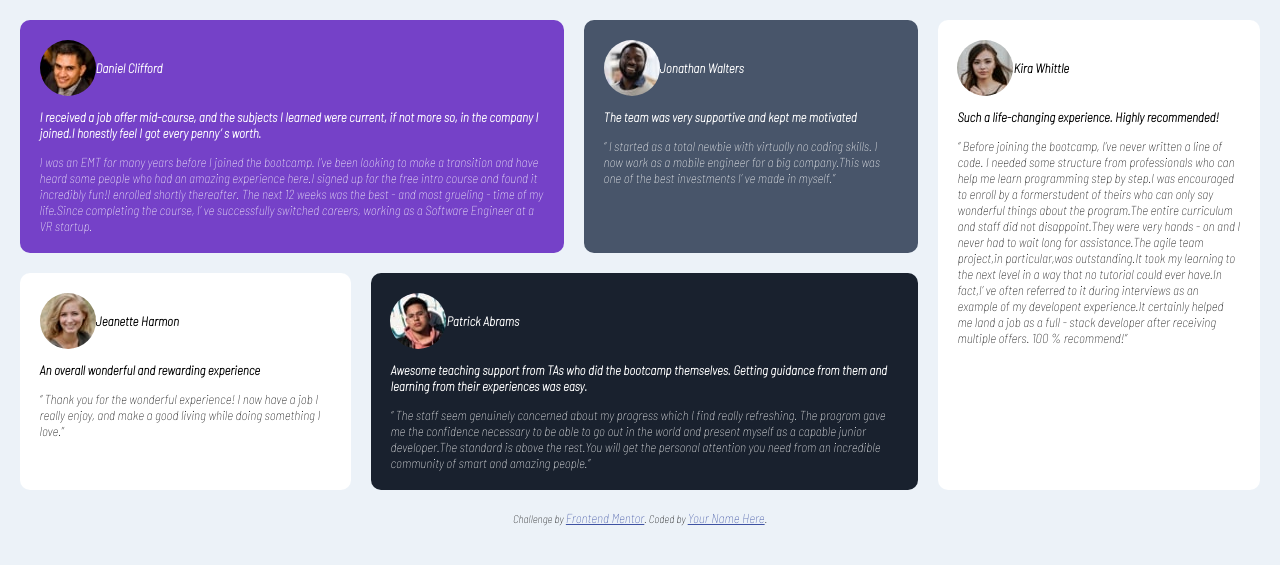
Repository: ibtihelbs/testimonials-grid-section-main
Page: index.html
These files come from the project's save history. The page is drawn as it stood at one moment and after a run of saves; the edit follows.
The browser window is 1280 px wide. The pictures show the whole page.

Above is the page before, as saved 2022-04-13 17:07:37.

### index.html
<!DOCTYPE html>
<html lang="en">
<head>
  <meta charset="UTF-8">
  <meta name="viewport" content="width=device-width, initial-scale=1.0"> <!-- displays site properly based on user's device -->
  <link rel="stylesheet" href="style.css">
  <link rel="icon" type="image/png" sizes="32x32" href="./images/favicon-32x32.png">

  <title>Frontend Mentor | [Challenge Name Here]</title>

  <!-- Feel free to remove these styles or customise in your own stylesheet 👍 -->
  <style>
    .attribution { font-size: 11px; text-align: center; }
    .attribution a { color: hsl(228, 45%, 44%); }
  </style>
</head>
<body>
  <main>

  </main>
  <div class="attribution">
    Challenge by <a href="https://www.frontendmentor.io?ref=challenge" target="_blank">Frontend Mentor</a>.
    Coded by <a href="#">Your Name Here</a>.
  </div>
  <script src="app.js"></script>
</body>
</html>

### style.css
@import url("https://fonts.googleapis.com/css2?family=Barlow+Semi+Condensed:ital,wght@1,100&display=swap");

:root {
  /*### Primary*/

  --Moderate-violet: hsl(263, 55%, 52%);
  --Grayish-blue: hsl(217, 19%, 35%);
  --Blackish-blue: hsl(219, 29%, 14%);
  --White: hsl(0, 0%, 100%);

  /*### Neutral*/

  --Light-gray: hsl(0, 0%, 81%);
  --Light-grayish-blue: hsl(210, 46%, 95%);
}

* {
  padding: 0;
  margin: 0;
  font-size: 13px;
  font-family: "Barlow Semi Condensed";
  box-sizing: border-box;
}
body {
  background-color: var(--Light-grayish-blue);
}
main {

  display: flex;
  flex-wrap: wrap;
  gap: 20px;
  margin: 20px;
}
.testimonial{
 padding:1rem;
 border-radius: 10px;
}
.testimonial>*{
  padding: .5rem;
}
section:nth-child(1) {
  grid-area: first;
  background-color: var(--Moderate-violet);
  color:var(--White);
}

section:nth-child(1) h6::before {
  content: url(images/image-daniel.jpg);

  border-radius: 50%;
}
h5::after{
  content:""
}
section:nth-child(2) {
  grid-area: second;
  background-color: var(--Grayish-blue);
  color:var(--White);
}
section:nth-child(3) {
  grid-area: third;
  background-color: var(--White);

  order: 4;
}
section:nth-child(4) {
  grid-area: four;
  order: 5;
  background-color: var(--White);
}
section:nth-child(5) {
  grid-area: fifth;

  color: var(--White);
  background-color: var(--Blackish-blue);
  order: 3;
}

main {
  display: grid;
  grid-template-areas:
    'first first second third'
    'four fifth fifth third';
}
img{
  border-radius: 50%;
}
.figure{
  display:flex;
  align-items: center;
}

### app.js
let obj = []
let show = document.querySelector("main");
let _html=(title,h2,paragraph,img)=>{
  let section = document.createElement("section");
   section.setAttribute("class", "testimonial");
  let add = show.appendChild(section);
  section.innerHTML=`
      <div class="figure"><img src="${img}" alt=""><h5>${title}</h5></div>
      <h1>${h2}</h1>
      <p>${paragraph}</p>
   `;
}
let _LOOP = (fet) => {
  for (let i in fet) {
    let title = fet[i].title;
    let h2 = fet[i].h2;
    let paragraph = fet[i].paragraph;
    let img=fet[i].img;
    console.log(title,h2,paragraph);
    _html(title,h2,paragraph,img);
  }
}
fetch('data.json')
  .then((response) => response.json())
  .then((data) => {
    let strin = JSON.stringify(data);
    obj = JSON.parse(strin);
    _LOOP(obj);
  })

### data.json
[{
    "title": "Daniel Clifford",
    "h2": "I received a job offer mid-course, and the subjects I learned were current, if not more so,  in the company I joined.I honestly feel I got every penny’ s worth.",
    "paragraph": " I was an EMT for many years before I joined the bootcamp. I’ve been looking to make a transition and have heard some people who had an amazing experience here.I signed up for the free intro course and found it incredibly fun!I enrolled shortly thereafter. The next 12 weeks was the best - and most grueling - time of my life.Since completing the course, I’ ve successfully switched careers, working as a Software Engineer at a VR startup.",
    "img":"images/image-daniel.jpg"
},
{
    "title": "Jonathan Walters",
    "h2": " The team was very supportive and kept me motivated",
    "paragraph": " “ I started as a total newbie with virtually no coding skills. I now work as a mobile engineer for a big company.This was one of the best investments I’ ve made in myself.”",
    "img":"images/image-jonathan.jpg"
},
{
    "title": "Kira Whittle",
    "h2": "Such a life-changing experience. Highly recommended!",
    "paragraph": " “ Before joining the bootcamp, I’ve never written a line of code. I needed some structure from professionals who can help me learn programming step by step.I was encouraged to enroll by a formerstudent of theirs who can only say wonderful things about the program.The entire curriculum and staff did not disappoint.They were very hands - on and I never had to wait long for assistance.The agile team project,in particular,was outstanding.It took my learning to the next level in a way that no tutorial could ever have.In fact,I’ ve often referred to it during interviews as an example of my developent experience.It certainly helped me land a job as a full - stack developer after receiving multiple offers. 100 % recommend!”",
    "img":"images/image-kira.jpg"
},
{
    "title": "Jeanette Harmon",
    "h2": "An overall wonderful and rewarding experience",
    "paragraph": " “ Thank you for the wonderful experience! I now have a job I really enjoy, and make a good living while doing something I love.”",
    "img":"images/image-jeanette.jpg"
},

{
    "title": "Patrick Abrams",
    "h2": "Awesome teaching support from TAs who did the bootcamp themselves. Getting guidance from them and learning from their experiences was easy.",
    "paragraph": " “ The staff seem genuinely concerned about my progress which I find really refreshing. The program gave me the confidence necessary to be able to go out in the world and present myself as a capable junior developer.The standard is above the rest.You will get the personal attention you need from an incredible community of smart and amazing people.”",
    "img":"images/image-patrick.jpg"
}

]

After the next 2 saves:
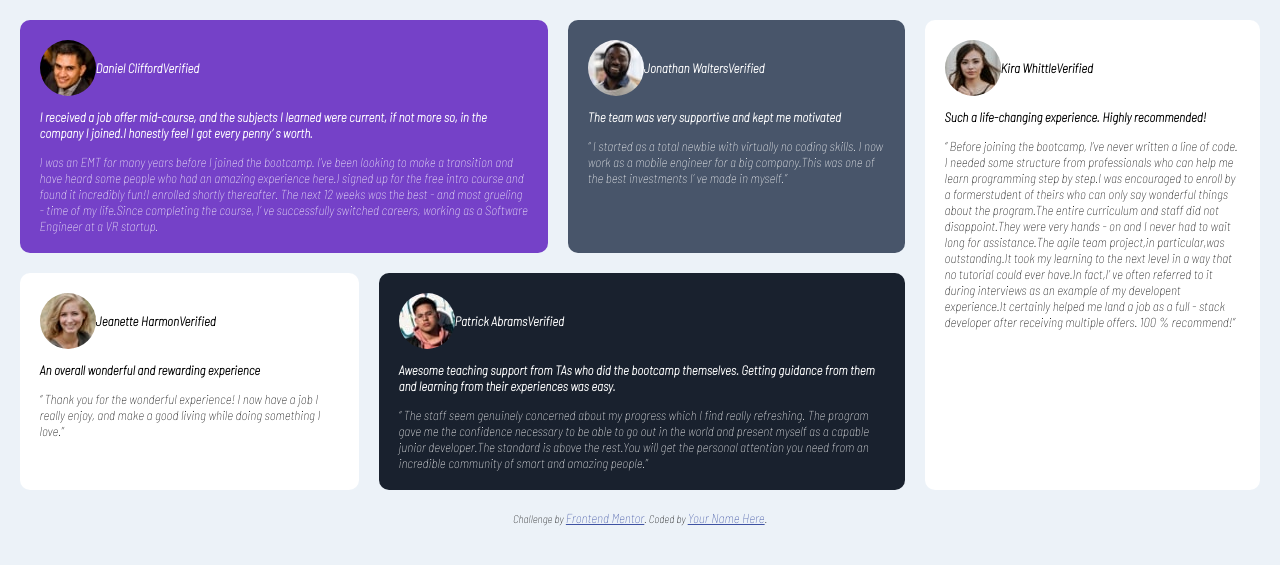
The 2 saves are shown as one change because they came seconds apart.
The last was saved 12 s later.
--- a/style.css
+++ b/style.css
@@ -50,7 +50,7 @@
   border-radius: 50%;
 }
 h5::after{
-  content:""
+  content:"Verified "
 }
 section:nth-child(2) {
   grid-area: second;
